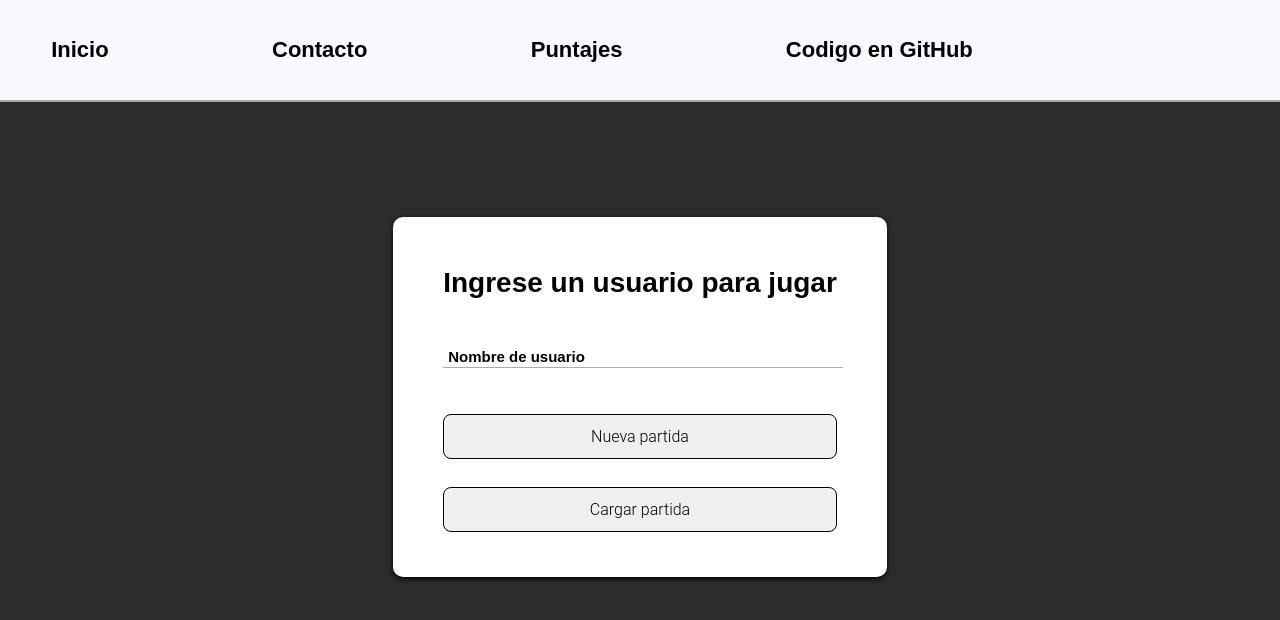
Repository: FacundoKinderknecht/FacundoKinderknecht_Wordle_Game_LPPA
Page: index.html
The author's editor kept a copy of each file at every save. The page is drawn from the files as they stood at one save, then again after a run of saves.
The browser window is 1280 px wide. The pictures show the whole page.

Above is the page before, as saved 2023-08-08 02:59:22.

### index.html
<!DOCTYPE html>
<html lang="en">
    <head>
        <meta charset="UTF-8">
        <meta http-equiv="X-UA-Compatible" content="IE=edge">
        <meta name="viewport" content="width=device-width, initial-scale=1.0">

        <link rel ="stylesheet" href="/css/reset.css">
        <link rel="stylesheet" href="/css/styles.css">
        <link rel="stylesheet" href="/css/index.css">

        <script src="/js/index.js"></script>

        <title>Final LPPA Facundo Kinderknecht</title>
    </head>
    <body>
        <header>
            <nav class="navbar">
                <a href="">Inicio</a>
                <a href="">Contacto</a>
                <a href="">Puntajes</a>
                <a href="https://github.com/FacundoKinderknecht/FacundoKinderknecht_Wordle_Game_LPPA" target="_blank">Codigo en GitHub</a>
            </nav>
        </header>

        <div class="form-container">
            <form class="form-user">
                <h2 class="form-title">Ingrese un usuario para jugar</h2>
                <fieldset class="group-form">
                    <input class="form-txt" id="txt-user" placeholder="">
                    <label class="form-lbl" id="lbl-user" for="txt-user">Nombre de usuario</label>
                </fieldset>
                <input type="button" class="form-button" value="Nueva partida" id="btn-new">
                <input type="button" class="form-button" value="Cargar partida" id="btn-load">
            </form>
        </div>
    </body>
</html>

### css/reset.css
/* http://meyerweb.com/eric/tools/css/reset/
   v2.0 | 20110126
   License: none (public domain)
*/

html, body, div, span, applet, object, iframe,
h1, h2, h3, h4, h5, h6, p, blockquote, pre,
a, abbr, acronym, address, big, cite, code,
del, dfn, em, img, ins, kbd, q, s, samp,
small, strike, strong, sub, sup, tt, var,
b, u, i, center,
dl, dt, dd, ol, ul, li,
fieldset, form, label, legend,
table, caption, tbody, tfoot, thead, tr, th, td,
article, aside, canvas, details, embed,
figure, figcaption, footer, header, hgroup,
menu, nav, output, ruby, section, summary,
time, mark, audio, video {
	margin: 0;
	padding: 0;
	border: 0;
	font-size: 100%;
	font: inherit;
	vertical-align: baseline;
}

### css/styles.css
body{
    font-family: Arial, Helvetica, sans-serif;
    background-color: rgba(0, 0, 0, 0.827);
    display:flex;
    align-items: center;
    flex-direction: column;
}

header{
    width: 100%;
    height: 100px;
    margin-bottom: 15px;
    display: flex;
    justify-content: justify-content;
    align-items: center;
    background-color: ghostwhite;
    border-bottom: 2px solid rgb(87, 87, 87, 0.49);
}

header nav{
    display:inherit;
    justify-content: space-between;
    width: 80%;
}

header nav a{
    text-decoration: none;
    align-items:center;
    font-weight: bold;
    font-size: 22px;
    color: black;
    margin: 5%;
}

header nav a:hover{
    font-size: 30px;
}

header nav i{
    font-size: 22px;
}

.hidden {
    display:none;
}

### css/index.css
form{
    background-color: white;
    margin: 100px auto;
    width: 90%;
    max-width: 400px;
    padding: 50px;
    padding-bottom: 25px;
    border-radius: 10px;
    box-shadow: 0px 2px 5px;
    text-align: center;
}

.form-title{
    font-size: 28px;
    margin-bottom: 40px;
    font-weight: 700;
}

.form-container{
    margin-top: 50px;
    display:flex;
    margin: auto;
}

.group-form{
    width: 100%;
    position: relative;
    margin-bottom: 30px;
}

.form-txt{
    width: 100%;
    background: none;
    margin-bottom: 8px;
    color: rgb(27, 27, 27);
    font-size: 16px;
    padding: 5px 3px;
    border:none;
    outline:none;
    border-bottom: 1px solid rgb(87, 87, 87, 0.49);
}

.form-txt:focus + .form-lbl, .form-txt:not(:placeholder-shown) + .form-lbl{
    transform: translateY(-13px) scale(0.9);
    transform-origin: left top;
}

.form-lbl{
    position:absolute;
    font-size: 15px;
    top:0;
    left:5px;
    font-weight: bold;
    transform: translateY(9px);
    transform-origin: left bottom;
    transition: transform .5s;
}

.form-txt-error{
    width: 100%;
    color:rgb(255, 0, 0);
    text-align: center;
}

.form-button{
    width: 100%;
    font-family: 'Roboto', sans-serif;
    font-weight: 300;
    font-size: 16px;
    padding: 12px 0px;
    border: 1px solid;
    border-radius: 8px;
    cursor: pointer;
    transition: background-color .3s;
    margin-top: 8px;
    margin-bottom: 20px;
}

.hidden{
    display: none;
}

Loaded but not shown: js/index.js (no stored copy; drawn as an empty file)

After the next 2 saves:
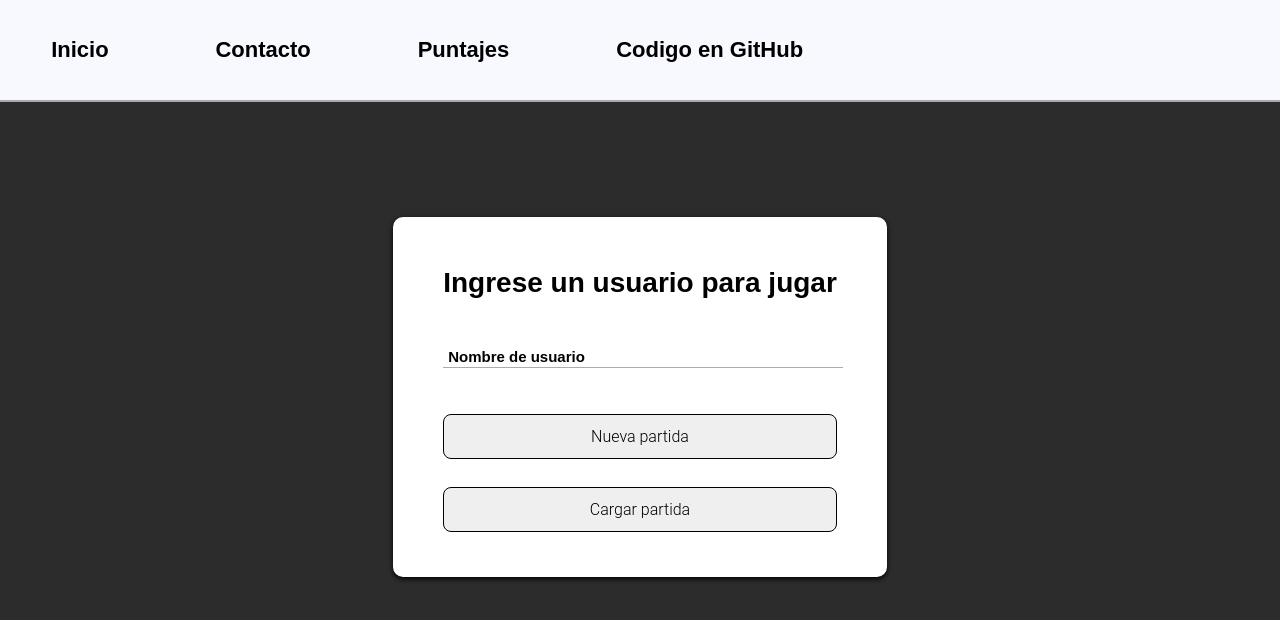
The 2 saves are shown as one change because they came seconds apart.
The last was saved 12 s later.
--- a/css/styles.css
+++ b/css/styles.css
@@ -18,7 +18,7 @@ header{
 }
 
 header nav{
-    display:inherit;
+    display:flexbox;
     justify-content: space-between;
     width: 80%;
 }
